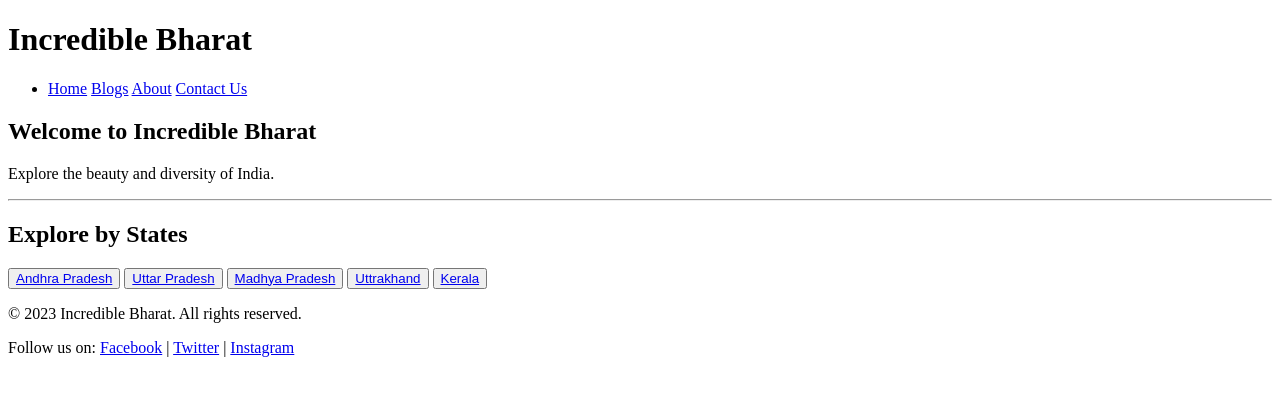
Repository: jaidhiman111/incrediblebharat
Page: index.html
The author's editor kept a copy of each file at every save. The page is drawn from the files as they stood at one save, then again after the next save.
The browser window is 1280 px wide. The pictures show the whole page.

Above is the page before, as saved 2025-04-30 21:25:49.

After the next save:
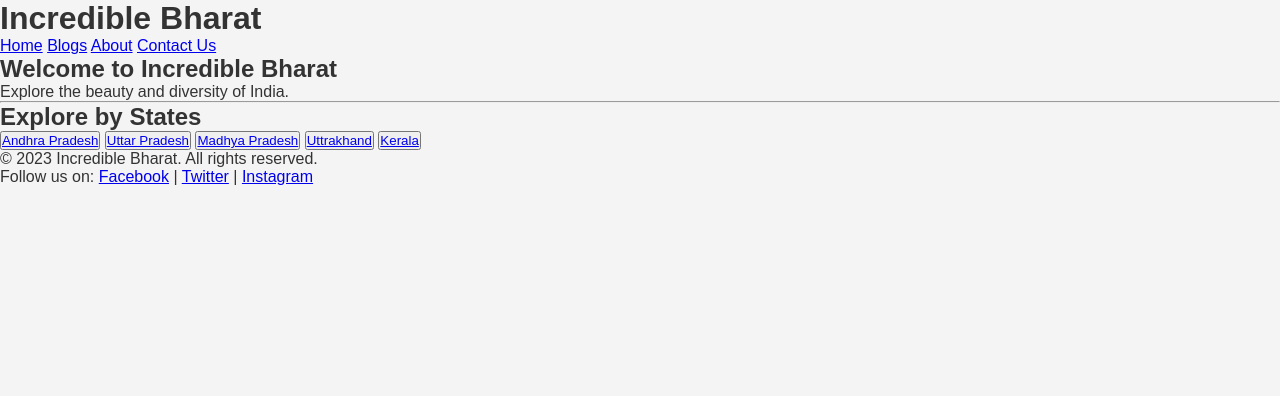
Saved 30 s later.
--- a/index.html
+++ b/index.html
@@ -4,6 +4,7 @@
     <meta charset="UTF-8">
     <meta name="viewport" content="width=device-width, initial-scale=1.0">
     <title>Document</title>
+    <link rel="stylesheet" href="/assets/style.css">
 </head>
 <body>
     <!-- This is the header of the page. -->

After the 2 saves that followed:
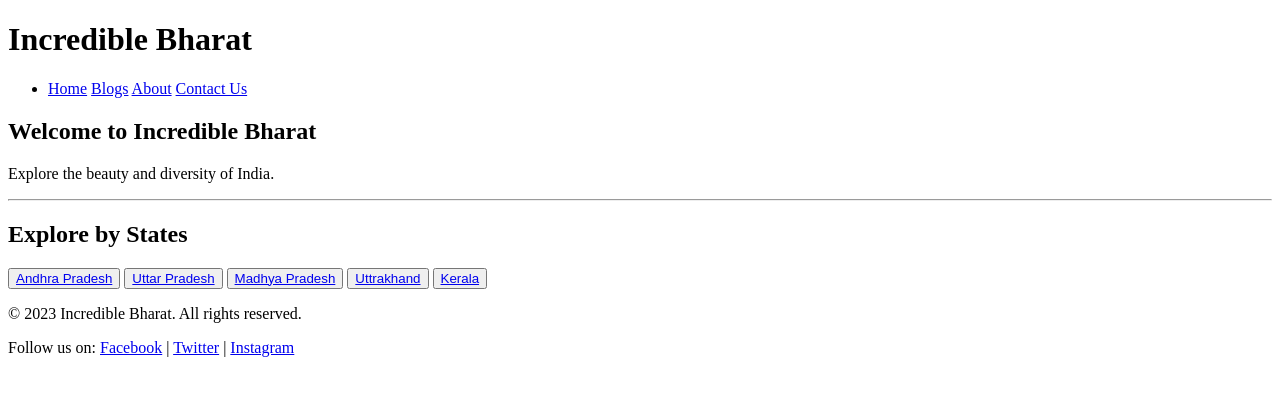
The 2 saves are shown as one change because 1 left the picture as it was.
The last was saved 17 s later.
--- a/index.html
+++ b/index.html
@@ -4,7 +4,7 @@
     <meta charset="UTF-8">
     <meta name="viewport" content="width=device-width, initial-scale=1.0">
     <title>Document</title>
-    <link rel="stylesheet" href="/assets/style.css">
+
 </head>
 <body>
     <!-- This is the header of the page. -->
